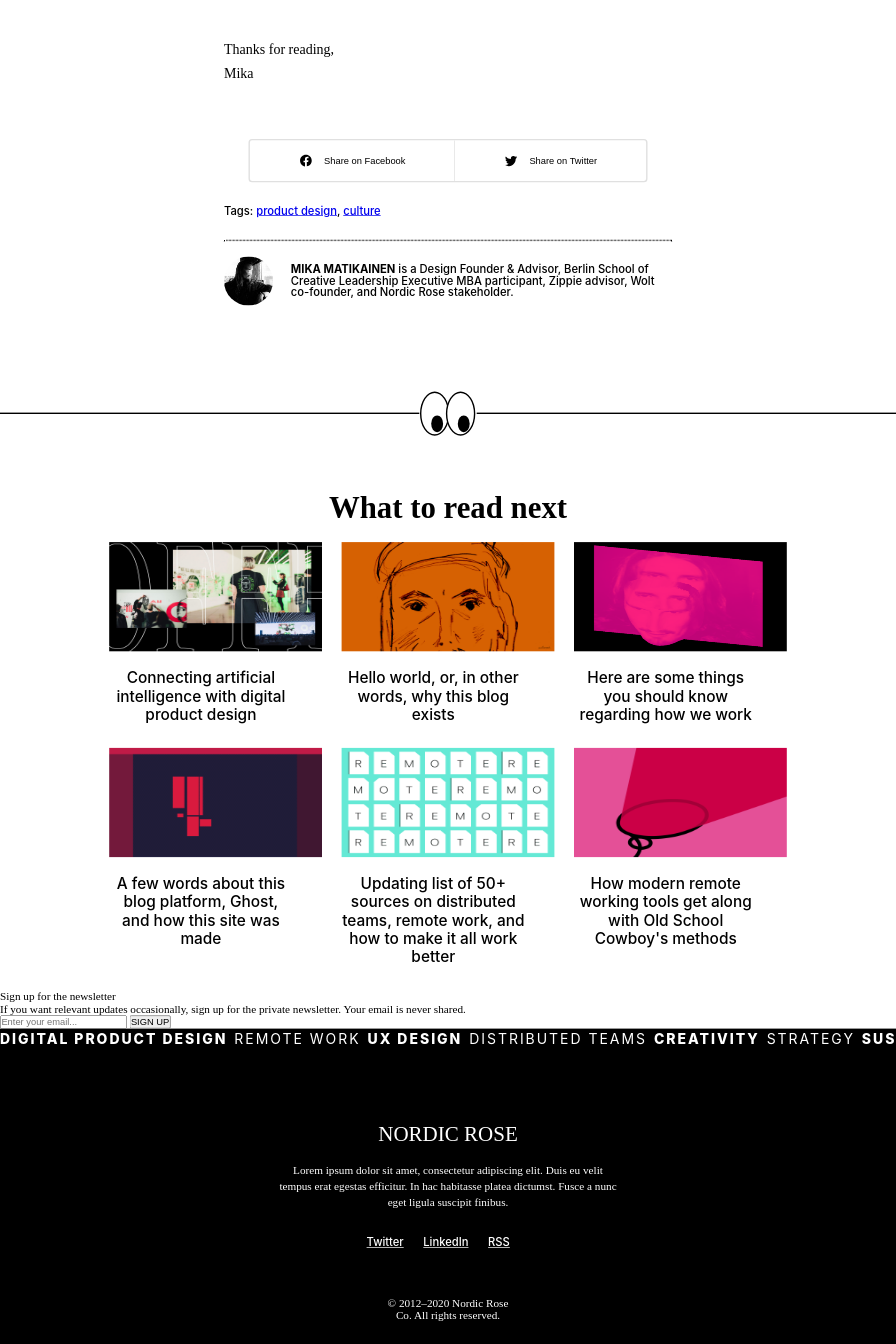
Repository: ThuTrang-jvb/JVB-BT1
Page: Page 3/article.html
The author's editor kept a copy of each file at every save. The page is drawn from the files as they stood at one save, then again after the next save.
The browser window is 1280 px wide. The pictures show the part of the page from y = 3379 to 5299 px (the page is 5299 px tall), at 70% of full size.

Above is the page before, as saved 2025-06-30 10:04:04.

After the next save:
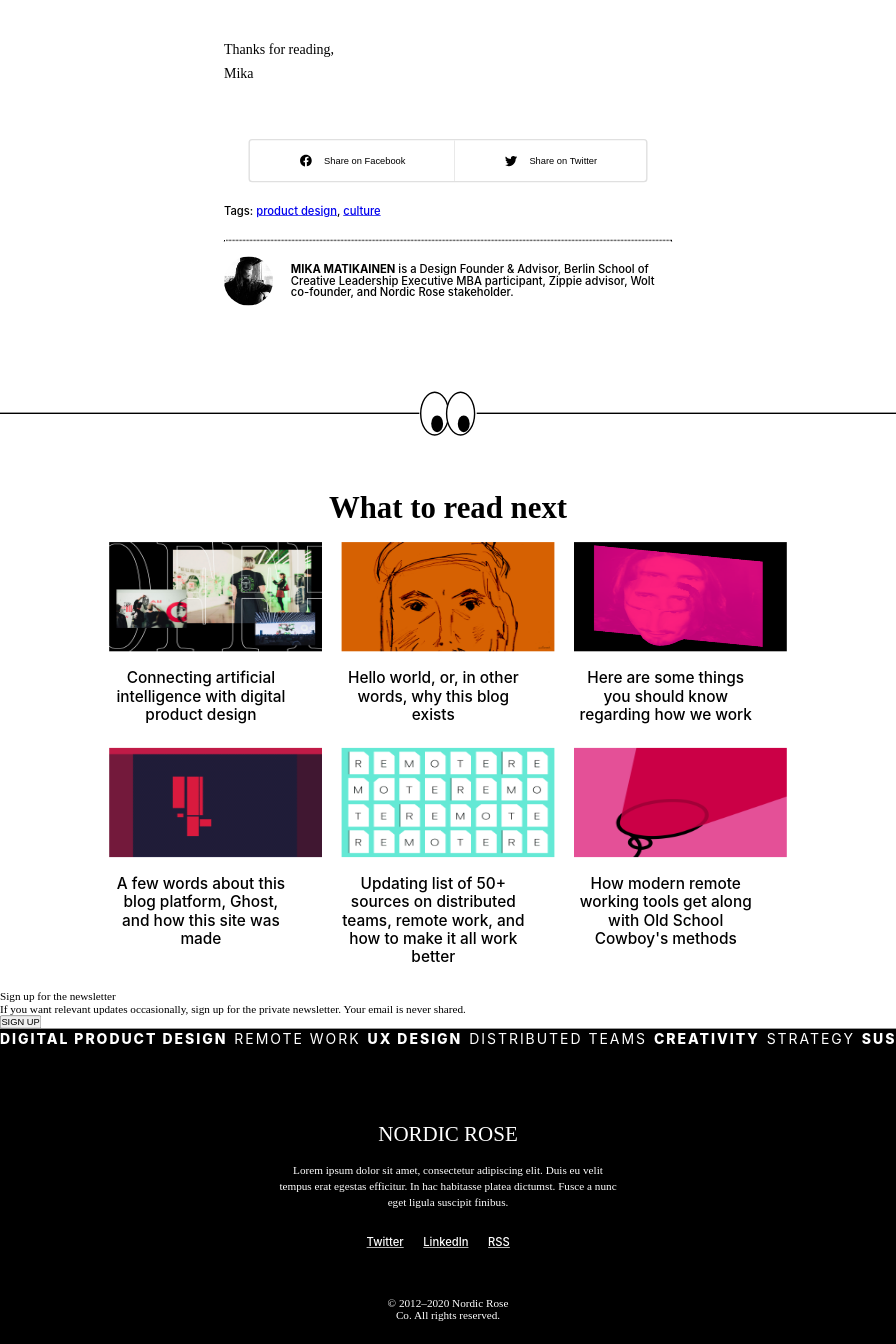
Saved 9 s later.
--- a/Page 3/article.html
+++ b/Page 3/article.html
@@ -168,7 +168,6 @@ posuere maximus dui et fringilla. Nulla non volutpat leo.</pre>
         <div>
 
         </div>
-        <input type="email" placeholder="Enter your email...">
         <button>SIGN UP</button>
     </div>
 
